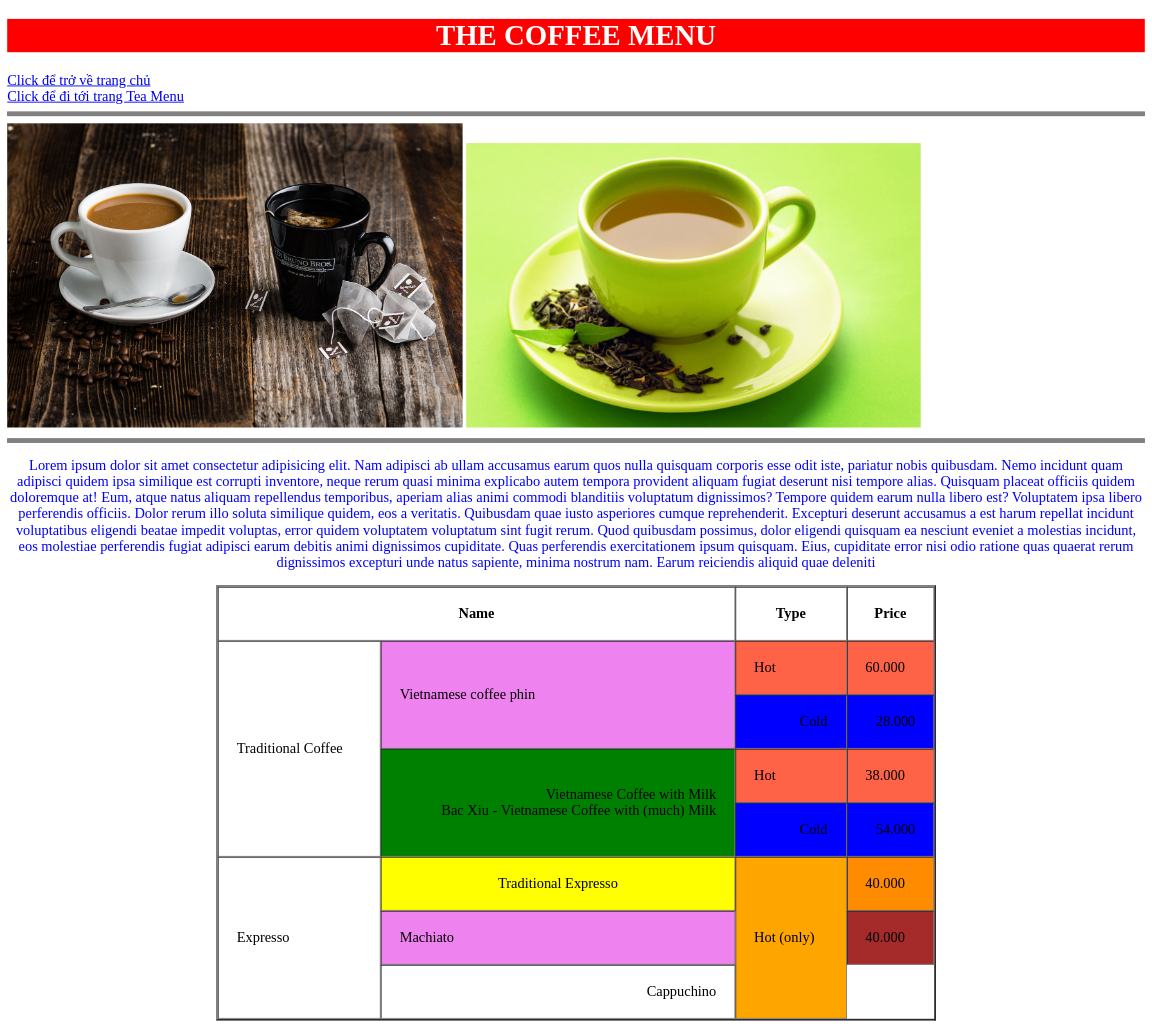
Repository: giahuy405/HomeWork_Coffee
Page: coffee.html
These files come from the project's save history. The page is drawn as it stood at one moment and after the next save; the edit follows.
The browser window is 1280 px wide. The pictures show the whole page, at 90% of full size.

Above is the page before, as saved 2022-09-07 12:21:14.

### coffee.html
<!DOCTYPE html>
<html lang="en">
<head>
    <meta charset="UTF-8">
    <meta http-equiv="X-UA-Compatible" content="IE=edge">
    <meta name="viewport" content="width=device-width, initial-scale=1.0">
    <title>Document</title>
    <link rel="stylesheet" href="./css/coffee.css">
</head>
<body>
    <h1 style="background-color:red;color:white;text-align:center">THE COFFEE MENU</h1>
    <a href="./index.html">Click để trở về trang chủ</a>
    <br>
    <a href="./tea.html">Click để đi tới trang Tea Menu</a>
    <hr size="5px" noshade>
    <img style="width:40%" src="./img/CoffeeAndTea.jpg" alt="">
    <img style="width:40%" src="./img/Green-Tea.jpg" alt="">
    <hr size="5px" noshade>
    <p style="text-align: center;color:blue">Lorem ipsum dolor sit amet consectetur adipisicing elit. Nam adipisci ab ullam accusamus earum quos nulla quisquam corporis esse odit iste, pariatur nobis quibusdam. Nemo incidunt quam adipisci quidem ipsa similique est corrupti inventore, neque rerum quasi minima explicabo autem tempora provident aliquam fugiat deserunt nisi tempore alias. Quisquam placeat officiis quidem doloremque at! Eum, atque natus aliquam repellendus temporibus, aperiam alias animi commodi blanditiis voluptatum dignissimos? Tempore quidem earum nulla libero est? Voluptatem ipsa libero perferendis officiis. Dolor rerum illo soluta similique quidem, eos a veritatis. Quibusdam quae iusto asperiores cumque reprehenderit. Excepturi deserunt accusamus a est harum repellat incidunt voluptatibus eligendi beatae impedit voluptas, error quidem voluptatem voluptatum sint fugit rerum. Quod quibusdam possimus, dolor eligendi quisquam ea nesciunt eveniet a molestias incidunt, eos molestiae perferendis fugiat adipisci earum debitis animi dignissimos cupiditate. Quas perferendis exercitationem ipsum quisquam. Eius, cupiditate error nisi odio ratione quas quaerat rerum dignissimos excepturi unde natus sapiente, minima nostrum nam. Earum reiciendis aliquid quae deleniti</p>
    <table border="2" cellspacing="0" cellpadding="20px" style="width: 800px;margin:0 auto;">
        <tr>
            <th colspan="2">Name</th>
            <th>Type</th>
            <th>Price</th>
        </tr>
        <tr>
            <td rowspan="4">Traditional Coffee</td>
            <td rowspan="2" style="background-color: rgb(238, 130, 238);">Vietnamese coffee phin</td>
            <td style="background-color: rgb(255, 99, 71);">Hot</td>
            <td style="background-color: rgb(255, 99, 71);">60.000</td>
        </tr>
        <tr>
            <td style="text-align:right;background-color:blue">Cold</td>
            <td style="text-align: right;background-color:blue">28.000</td>
        </tr>
        <tr>
            <td rowspan="2" style="text-align: right;background-color: green;">Vietnamese Coffee with Milk <br>
                Bac Xiu - Vietnamese Coffee with (much) Milk</td>
                <td style="background-color: rgb(255, 99, 71);">Hot</td>
            <td style="background-color: rgb(255, 99, 71);">38.000</td>
        </tr>
        <tr>
            <td style="text-align:right;background-color:blue">Cold</td>
            <td style="text-align: right;background-color:blue">54.000</td>
        </tr>
        <tr>
            <td rowspan="3">Expresso</td>
            <td style="background-color: yellow;text-align: center;">Traditional Expresso</td>
            <td style="background-color: orange;" rowspan="3">Hot (only)</td>
            <td style="background-color: darkorange;">40.000</td>
        </tr>
        <tr>
            <td style="background-color: rgb(238, 130, 238);">Machiato</td>
            <td style="background-color: brown">40.000</td>
        </tr>
        <tr>
            <td style="text-align: right;">Cappuchino</td>
        </tr>

    </table>
</body>
</html>

Loaded but not shown: css/coffee.css (no stored copy; drawn as an empty file)

After the next save:
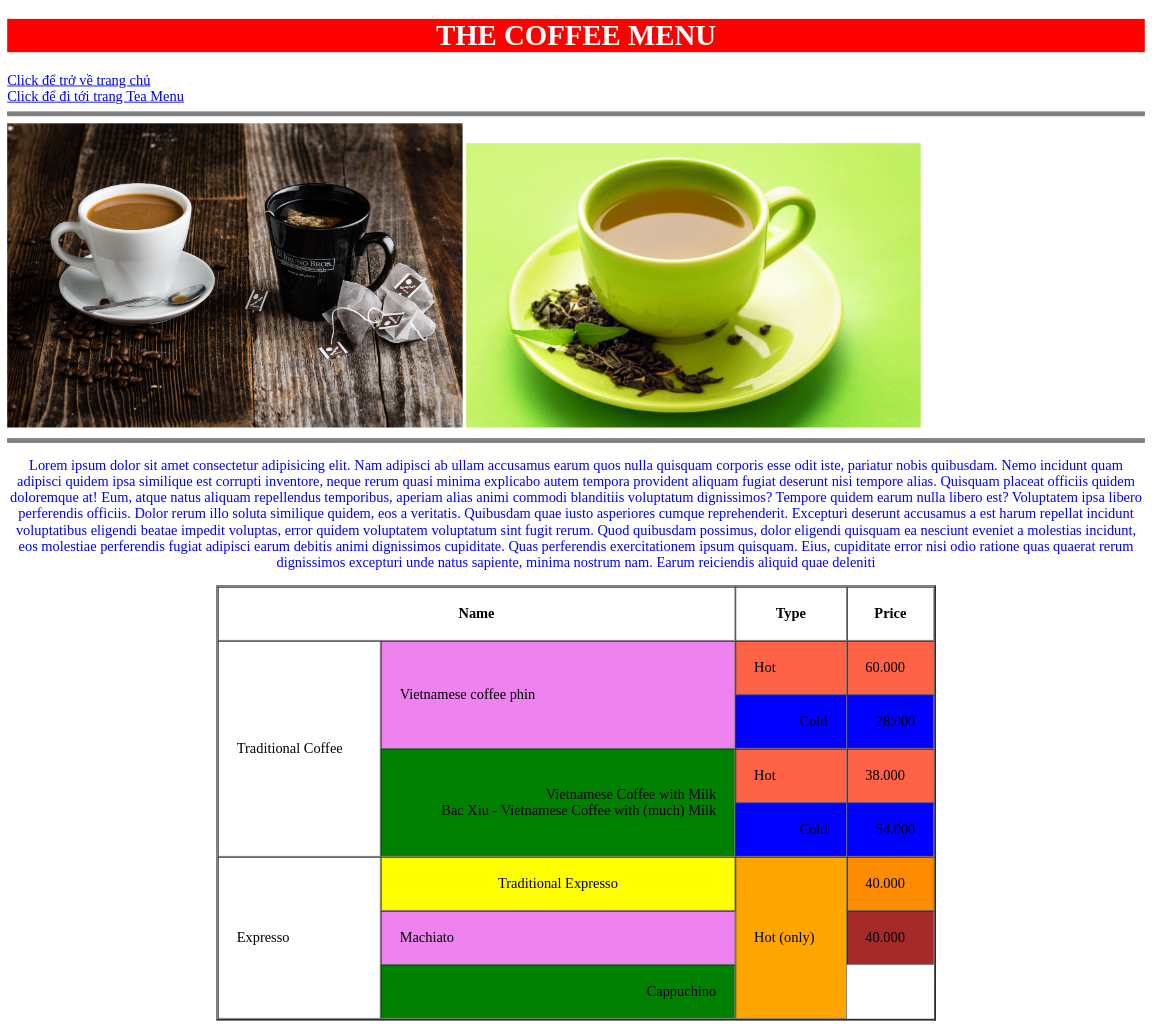
Saved 7 s later.
--- a/coffee.html
+++ b/coffee.html
@@ -54,7 +54,7 @@
             <td style="background-color: brown">40.000</td>
         </tr>
         <tr>
-            <td style="text-align: right;">Cappuchino</td>
+            <td style="text-align: right;background-color:green">Cappuchino</td>
         </tr>
 
     </table>
